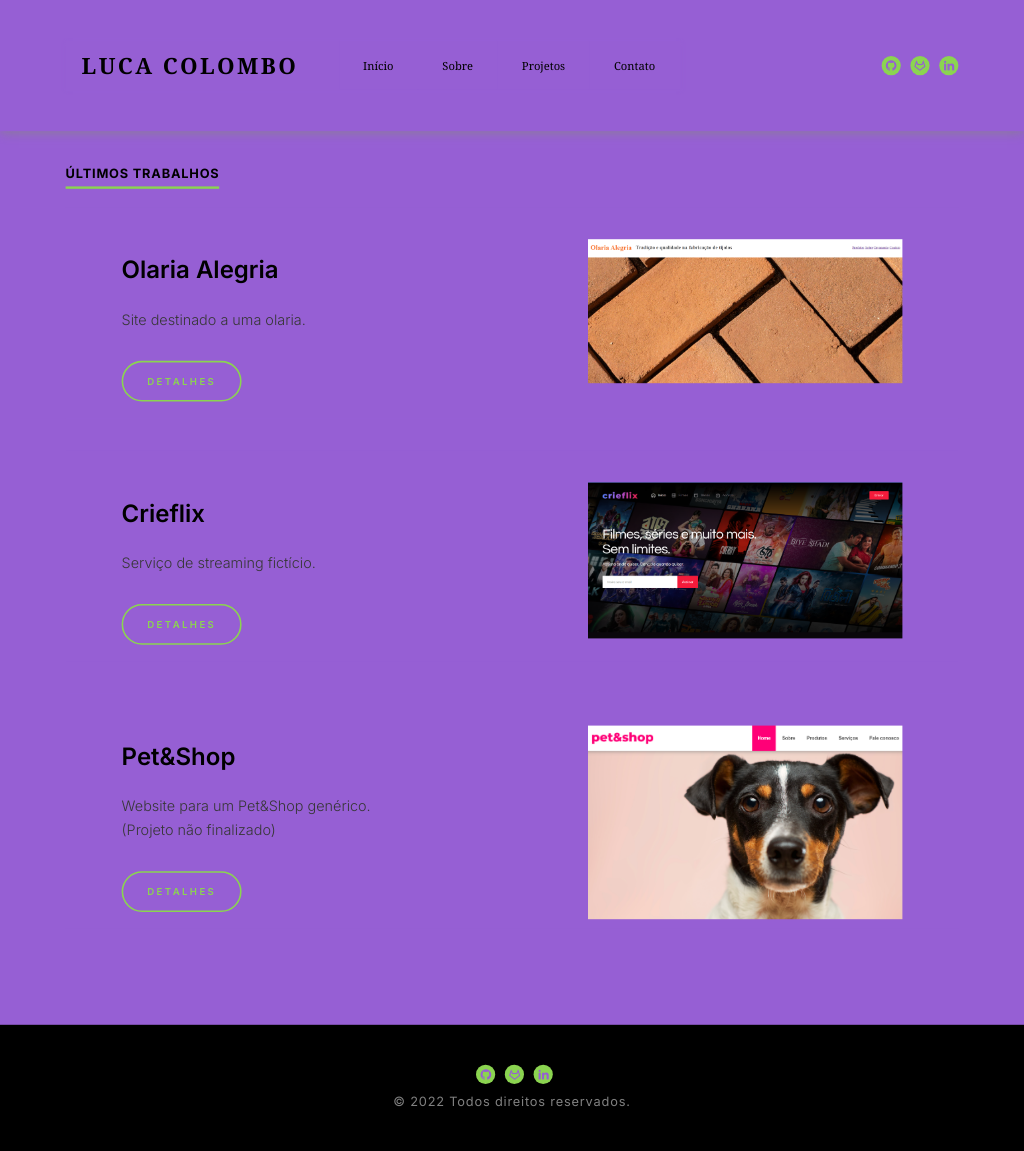
Repository: lxcxcxlxmb/portfolio
Page: projetos.html
These files come from the project's save history. The page is drawn as it stood at one moment and after the next save; the edit follows.
The browser window is 1280 px wide. The pictures show the whole page, at 80% of full size.

Above is the page before, as saved 2022-05-25 22:26:22.

After the next save:
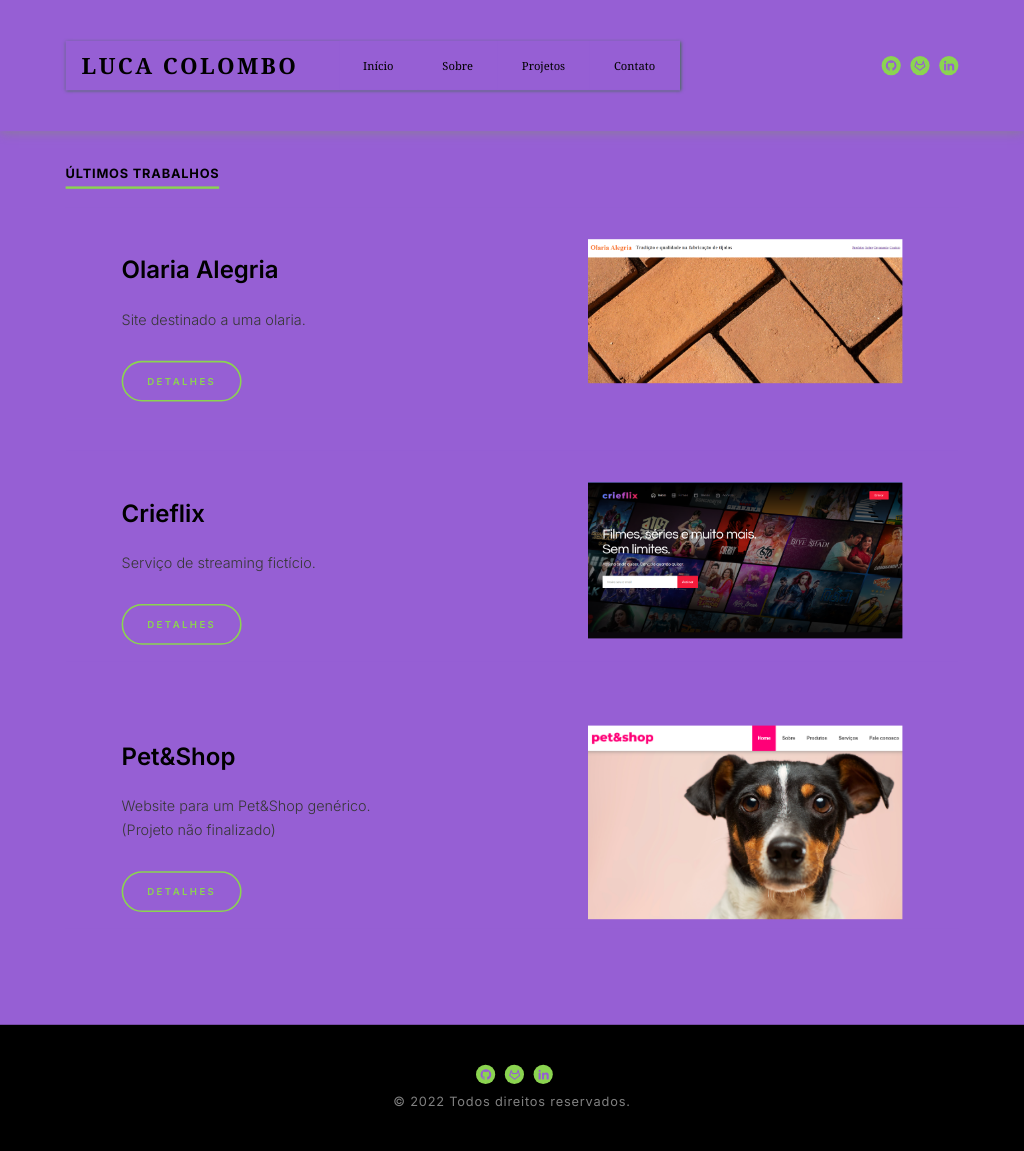
Saved 25 s later.
--- a/styles.css
+++ b/styles.css
@@ -225,7 +225,7 @@
 
 .header {
 	background-color: #965fd4;
-	box-shadow: 1px 1px 4px 0 #965fd4;
+	box-shadow: 1px 1px 4px 0 #3f6d4e;
 	position: absolute;
 	align-items: center;
 	vertical-align: middle;

After the save that followed:
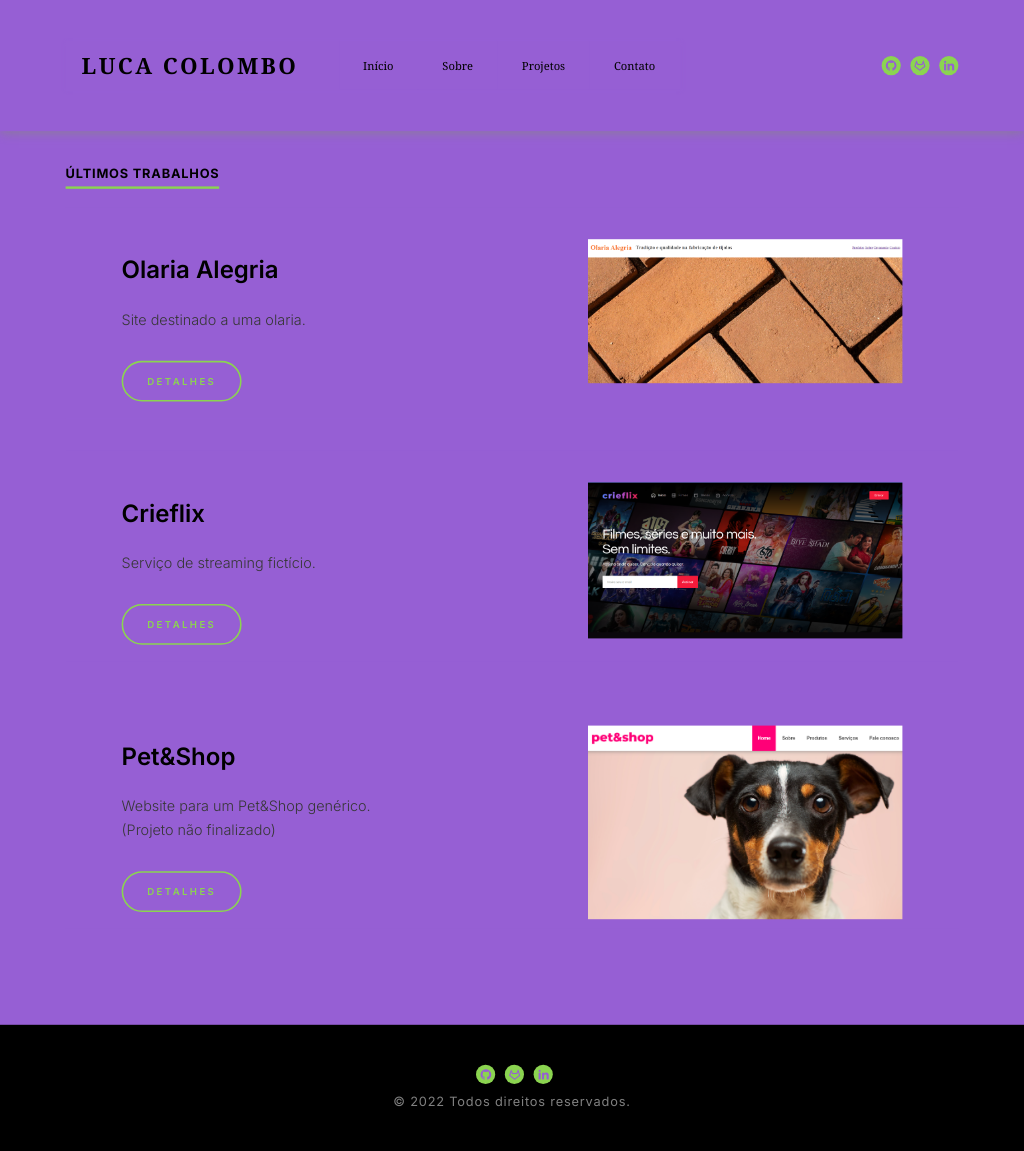
Saved 17 s later.
--- a/styles.css
+++ b/styles.css
@@ -225,7 +225,7 @@
 
 .header {
 	background-color: #965fd4;
-	box-shadow: 1px 1px 4px 0 #3f6d4e;
+	box-shadow: 1px 1px 4px 0 #965fd4;
 	position: absolute;
 	align-items: center;
 	vertical-align: middle;
